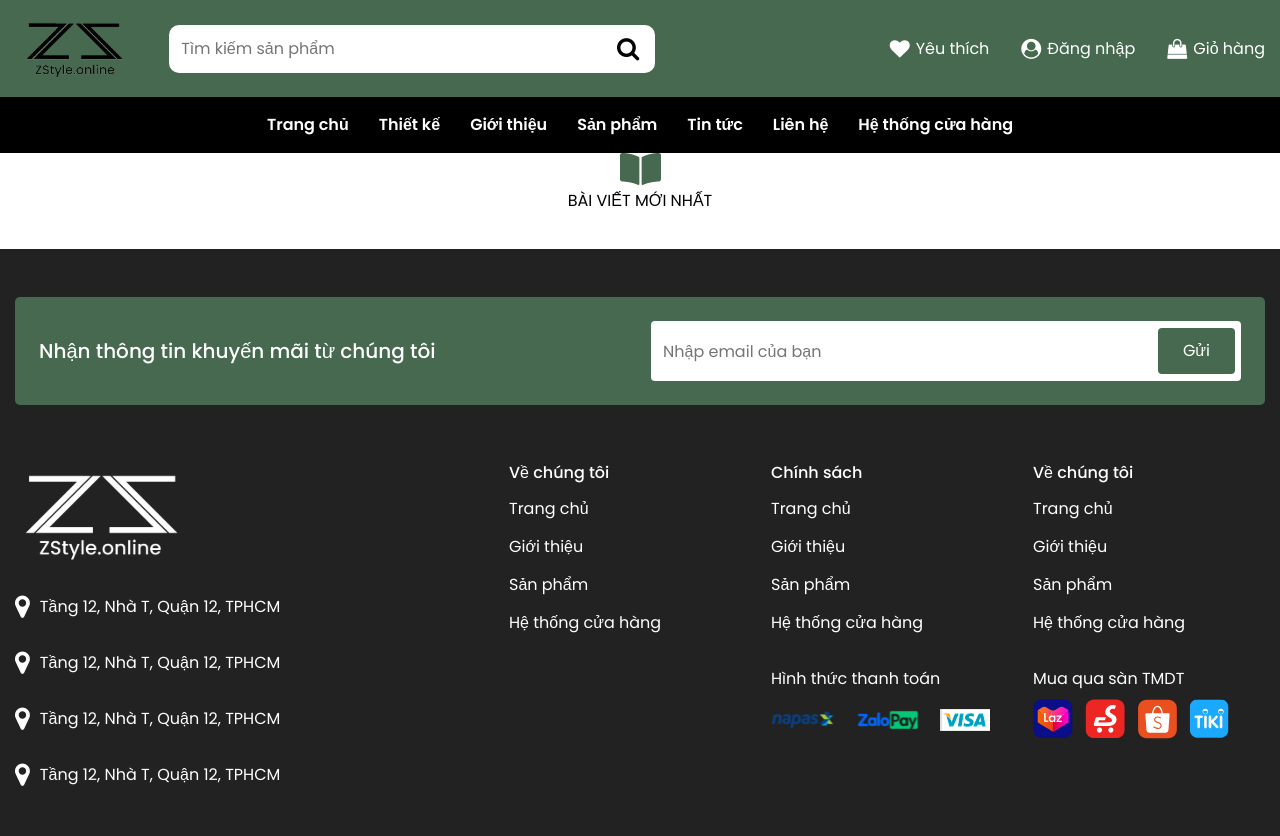
Repository: Toan3333/duanmau
Page: assets/pages/tintuc.html
An editor plug-in stored every save of this project. The page is shown before and after the next save, followed by the edit.
The browser window is 1280 px wide. The pictures show the whole page.
Some web libraries are served in a nearby version.

Above is the page before, as saved 2023-11-07 21:47:44.
Console error: TypeError: Cannot read properties of null (reading 'addEventListener')

After the next save:
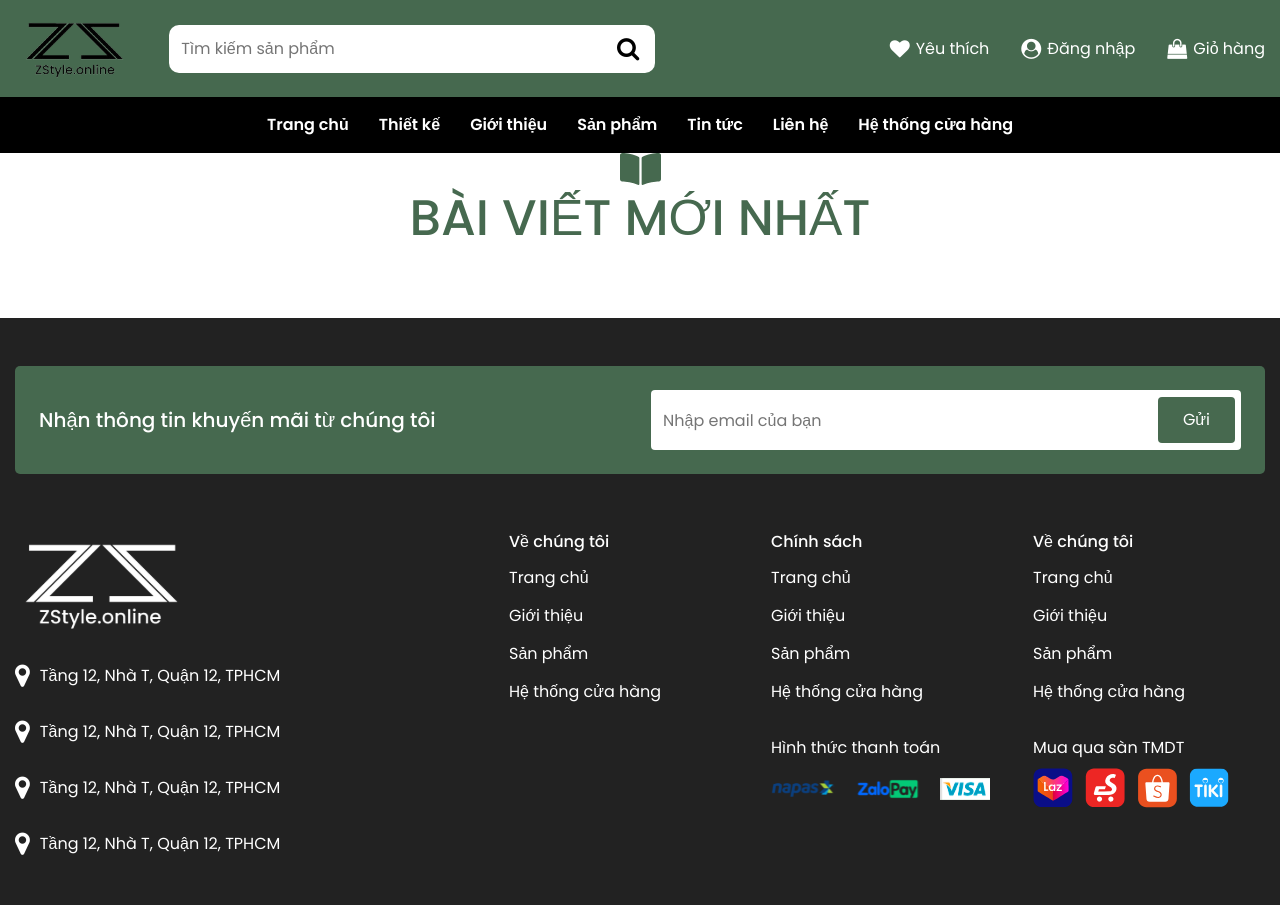
Saved 11 s later.
--- a/assets/pages/tintuc.html
+++ b/assets/pages/tintuc.html
@@ -94,7 +94,7 @@
         <div class="container">
           <div class="design-center">
             <img src="../images/news.svg" alt="" />
-            <h2>BÀI VIẾT MỚI NHẤT</h2>
+            <h2 class="heading-primary">BÀI VIẾT MỚI NHẤT</h2>
           </div>
         </div>
       </section>
